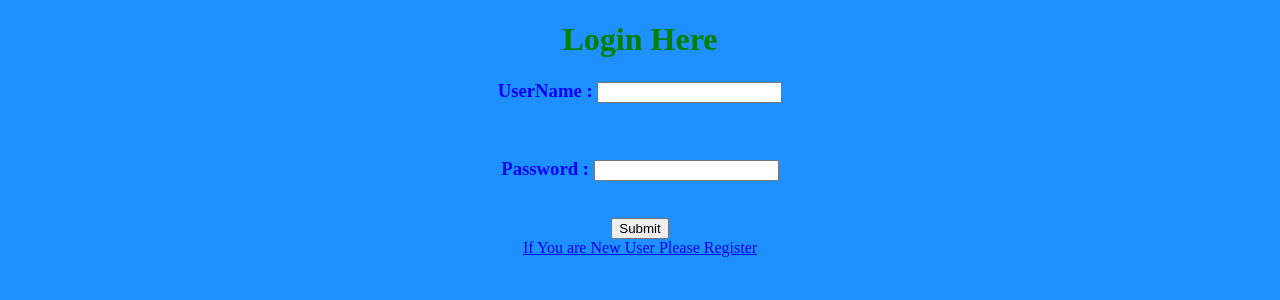
Repository: priyankamergu/MyAllProjects
Page: http://localhost/NewTrainingServlet/Login.jsp
An editor plug-in stored every save of this project. The page is shown before and after the next save, followed by the edit.
The browser window is 1280 px wide. The pictures show the whole page.
The page is served by Tomcat 9.

Above is the page before, as saved 2019-11-07 16:01:30.

After the next save:
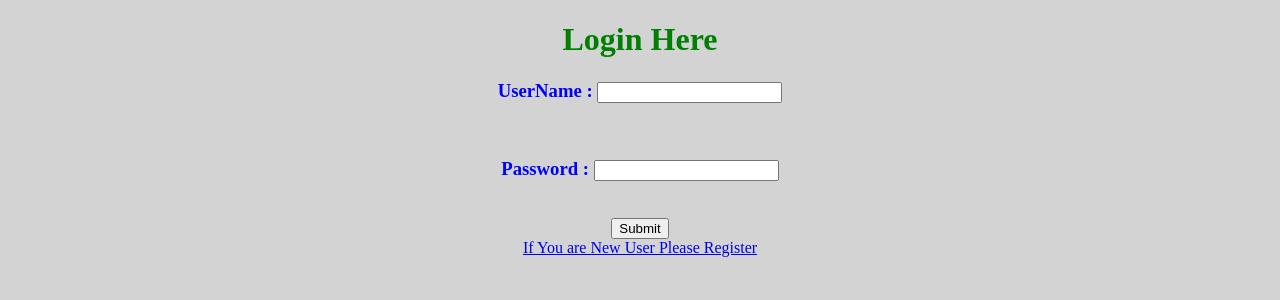
Saved 35 s later.
--- a/Workspace_JEE7_WEB/NewTrainingServlet/WebContent/Login.jsp
+++ b/Workspace_JEE7_WEB/NewTrainingServlet/WebContent/Login.jsp
@@ -6,7 +6,7 @@
 <meta charset="ISO-8859-1">
 <title>Insert title here</title>
 <style>
-body {background-color: DodgerBlue;}
+body {background-color: LightGray;}
 h3   {color: blue;}
 h1   {color: green;}
 p    {color: red;}
